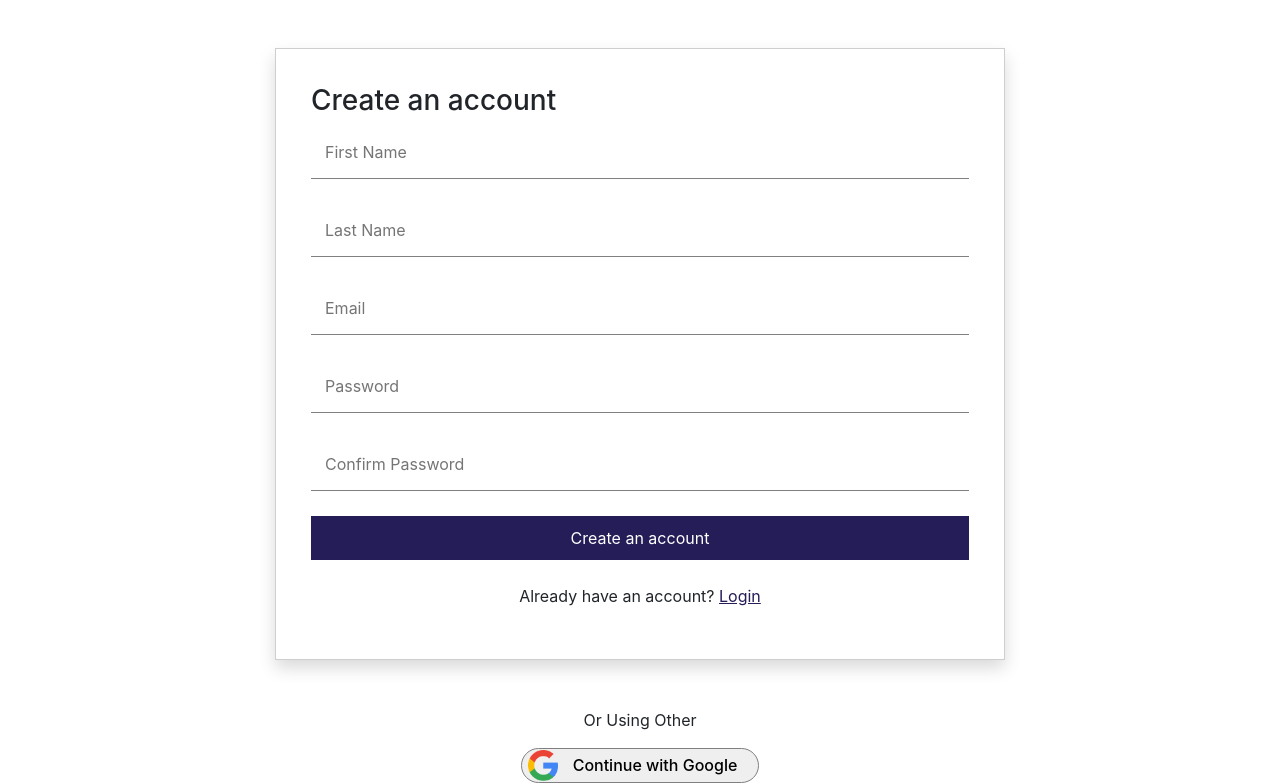
Repository: arif286/home-decoration-client-site
Page: /login
The author's editor kept a copy of each file at every save. The page is drawn from the files as they stood at one save, then again after the next save.
The browser window is 1280 px wide. The pictures show the whole page.
The project was rebuilt for these pictures with package versions that can differ from the ones it lists, and the page was loaded fresh each time. Also part of the build but not shown: src/components/HomePage/AboutUs/AboutUs.css, src/components/HomePage/Header/Header.css, src/components/HomePage/Header/Header.js, src/components/HomePage/Project/Project.js, src/components/HomePage/ServiceCard/ServiceCard.js, src/components/HomePage/Service/Service.js, src/components/HomePage/TestimonialCard/TestimonialCard.js, src/components/HomePage/Testimonials/Testimonials.js and 2 more.

Above is the page before, as saved 2021-04-15 05:34:00.

After the next save:
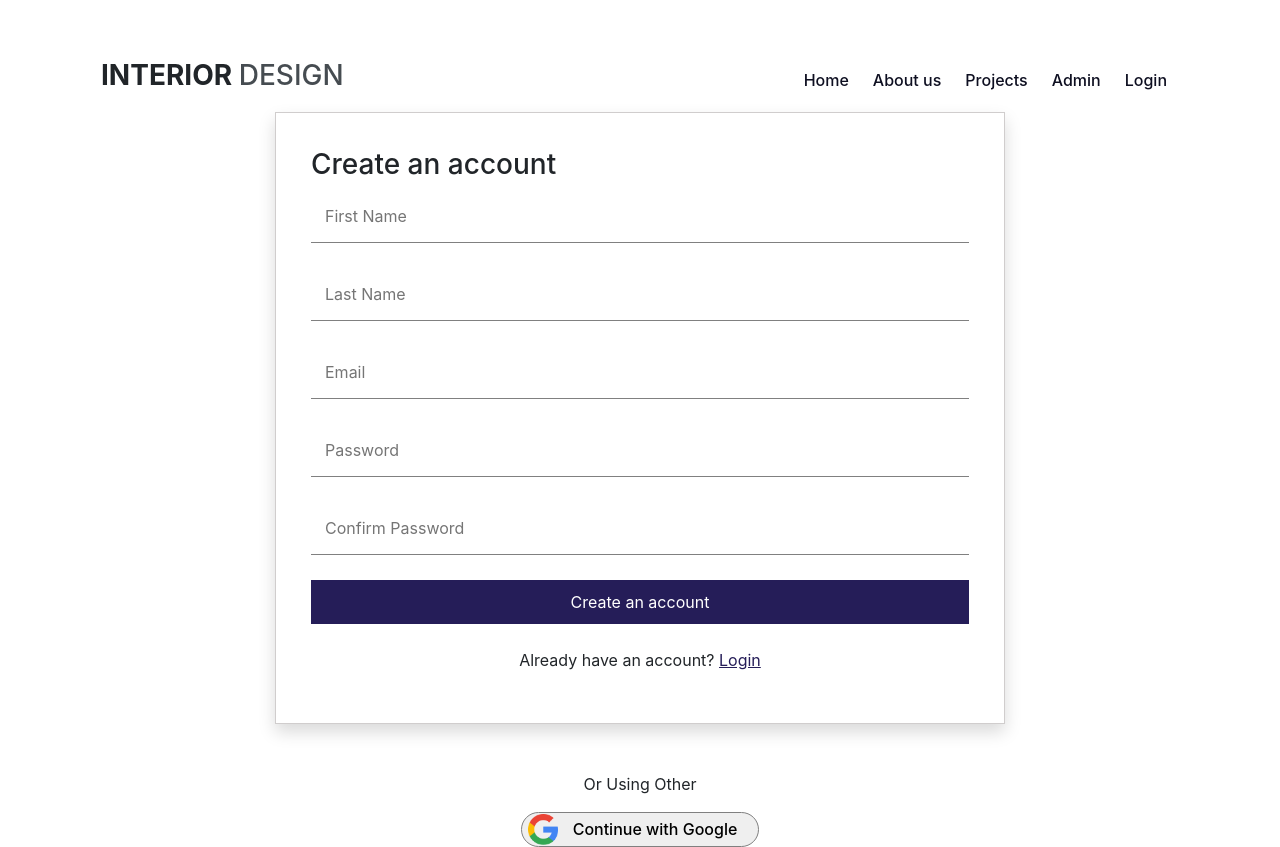
Saved 2 min 6 s later.
--- a/src/components/LoginPage/SignUp/SignUp.js
+++ b/src/components/LoginPage/SignUp/SignUp.js
@@ -1,6 +1,7 @@
 import React, { useRef, useState } from "react";
 import { Col, Container, Row } from "react-bootstrap";
 import { useForm } from "react-hook-form";
+import NavBar from "../../HomePage/NavBar/NavBar";
 import GoogleLogin from "../GoogleLogin/GoogleLogin";
 import Login from "../Login/Login";
 import "./SignUp.css";
@@ -18,7 +19,8 @@ const SignUp = () => {
   const onSubmit = (data) => console.log(data);
 
   return (
-    <Container className="mt-5">
+      <Container className="mt-5">
+          <NavBar/>
       <Row className="justify-content-center">
         <Col xs={10} md={8}>
           {!toggle ? (
